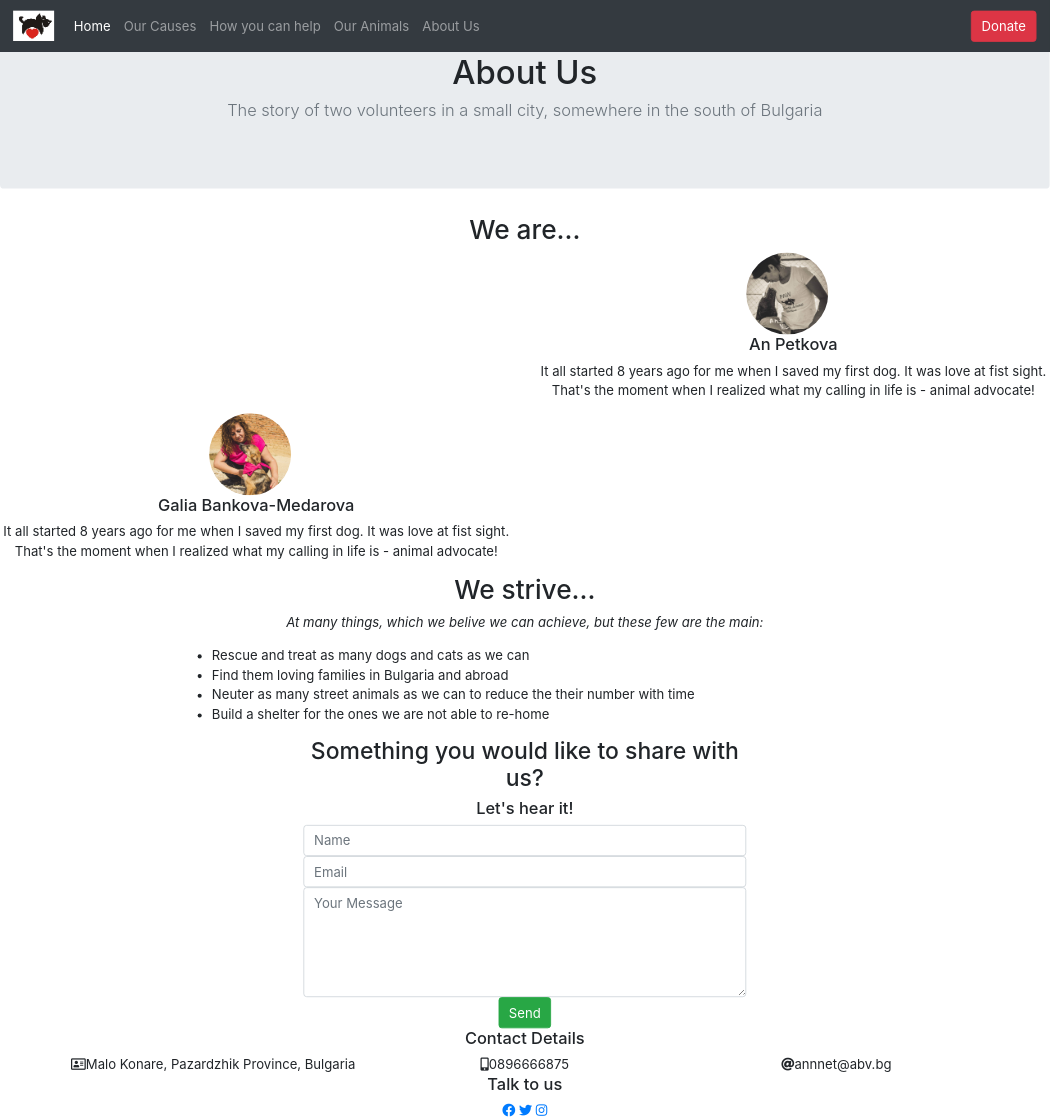
Repository: Naity17/PAW-first-website
Page: About-Us.html
The author's editor kept a record of every edit. The page is drawn from the files as they stood at one moment, then again after the next edit.
The browser window is 1280 px wide. The page is 1295 px wide, so the pictures cover 1295 px, including what lies to the right of the window. The pictures show the whole page, at 82% of full size.
Some web libraries are served in a nearby version.

Above is the page before.
Console error: TypeError: Cannot read properties of undefined (reading 'fn')

### About-Us.html
<!DOCTYPE html>
<html lang="en">

<head>
    <meta charset="UTF-8">
    <meta name="viewport" content="width=device-width, initial-scale=1.0">
    <meta http-equiv="X-UA-Compatible" content="ie=edge">
    <link rel="stylesheet" href="https://stackpath.bootstrapcdn.com/bootstrap/4.3.1/css/bootstrap.min.css" integrity="sha384-ggOyR0iXCbMQv3Xipma34MD+dH/1fQ784/j6cY/iJTQUOhcWr7x9JvoRxT2MZw1T" crossorigin="anonymous">
    <link rel="stylesheet" href="https://use.fontawesome.com/releases/v5.9.0/css/all.css" integrity="sha384-i1LQnF23gykqWXg6jxC2ZbCbUMxyw5gLZY6UiUS98LYV5unm8GWmfkIS6jqJfb4E" crossorigin="anonymous">
    <script src="https://stackpath.bootstrapcdn.com/bootstrap/4.3.1/js/bootstrap.min.js" integrity="sha384-JjSmVgyd0p3pXB1rRibZUAYoIIy6OrQ6VrjIEaFf/nJGzIxFDsf4x0xIM+B07jRM" crossorigin="anonymous"></script>
    <link rel="stylesheet" href="assets/css/style.css" type="text/css" />
    <title>PAW - Pazardjik Animal Welfare</title>
</head>

<body>
    <header>
        <!-- ---------------NavBar-------------- -->
        <nav class="navbar navbar-expand-md navbar-dark fixed-top bg-dark">
            <a class="navbar-brand" href="index.html">
                <img src="assets/images/general/logo.jpg">
            </a>
            <button class="navbar-toggler collapsed" type="button" data-toggle="collapse" data-target="#navbarCollapse" aria-controls="navbarCollapse" aria-expanded="false" aria-label="Toggle navigation">
              <span class="navbar-toggler-icon"></span>
            </button>
            <div class="navbar-collapse collapse" id="navbarCollapse" style="">
                <ul class="navbar-nav mr-auto">
                    <li class="nav-item active">
                        <a class="nav-link" href="#">Home</a>
                    </li>
                    <li class="nav-item">
                        <a class="nav-link" href="#">Our Causes</a>
                    </li>
                    <li class="nav-item">
                        <a class="nav-link" href="#">How you can help</a>
                    </li>
                    <li class="nav-item">
                        <a class="nav-link" href="#">Our Animals</a>
                    </li>
                    <li class="nav-item">
                        <a class="nav-link" href="#">About Us<span class="sr-only">(current)</span></a>
                    </li>
                </ul>
                <button class="btn btn-danger navbar-btn">Donate</button>
            </div>
        </nav>
        <!-- ---------------End of NavBar-------------- -->
    </header>
    <section id="about-us">
        <main role="main">
            <section class="jumbotron text-center">
                <div class="container">
                    <h1 class="jumbotron-heading">About Us</h1>
                    <p class="lead text-muted">The story of two volunteers in a small city, somewhere in the south of Bulgaria</p>
                </div>
            </section>
            <section class="text-center" id="about-us-details">
                <div class="row">
                    <div class="col-12">
                        <h2>We are...</h2>
                    </div>
                </div>
                <div class="row">
                    <div class="col"></div>
                    <div class="col-8 col-md-6">
                        <div class="media">
                            <div class="d-sm-block">
                                <img src="assets/images/general/an-petkova.jpg" class="rounded-circle mr-3" height=100 width=100>
                                <h5>An Petkova</h5>
                                <p>It all started 8 years ago for me when I saved my first dog. It was love at fist sight. That's the moment when I realized what my calling in life is - animal advocate!</p>
                            </div>
                        </div>
                    </div>
                    <div class="col-8 col-md-6">
                        <div class="media">
                            <div class="d-sm-block">
                                <img src="assets/images/general/galia-profile.jpg" class="rounded-circle mr-3" height=100 width=100>
                                <h5>Galia Bankova-Medarova</h5>
                                <p>It all started 8 years ago for me when I saved my first dog. It was love at fist sight. That's the moment when I realized what my calling in life is - animal advocate!</p>
                            </div>
                        </div>
                    </div>
                    <div class="col"></div>
                </div>
            </section>
            <section class="text-center" id="our-aims-details">
                <div class="row">
                    <div class="col"></div>
                    <div class="col-8">
                        <h2>We strive...</h2>
                        <p><em>At many things, which we belive we can achieve, but these few are the main:</em></p>
                        <ul class="text-left">
                            <li>Rescue and treat as many dogs and cats as we can</li>
                            <li>Find them loving families in Bulgaria and abroad</li>
                            <li>Neuter as many street animals as we can to reduce the their number with time</li>
                            <li>Build a shelter for the ones we are not able to re-home</li>
                        </ul>
                    </div>
                    <div class="col"></div>
                </div>
            </section>
            <section id="contact-form">
                <div class="container">
                    <div class="row bg-color-contact">
                        <div class="col-12 col-md-6" style="width:800px; margin:0 auto;">
                            <h3 class="contact-heading uppercase text-center">Something you would like to share with us?</h3>
                            <h5 class="uppercase text-center">Let's hear it!</h5>
                            <div class="center-form">
                                <form>
                                    <input type="text" name="name" id="fullname" class="form-control" placeholder="Name" required />
                                    <input type="text" name="email" id="emailaddress" class="form-control" placeholder="Email" required />
                                    <textarea rows="5" name="yourmessage" id="yourmessage" class="form-control" placeholder="Your Message" required></textarea>
                                    <div class="form-row text-center">
                                        <div class="col">
                                            <button type="submit" class="btn btn-success">Send</button>
                                        </div>
                                    </div>
                                </form>
                            </div>
                        </div>
                    </div>
            </section>
        </main>
    </section>

    <footer class="container text-center footer-details">
        <div class="row">
            <div class="col-12">
                <h5>Contact Details</h5>
            </div>
        </div>
        <div id="contact-details-items" class="row ">
            <div class="col-xs-12 col-4 address-item">
                <i class="far fa-address-card"></i>Malo Konare, Pazardzhik Province, Bulgaria
            </div>
            <div class="col-xs-12 col-4 phone-number-item">
                <i class="fas fa-mobile-alt"></i>0896666875
            </div>
            <div class="col-xs-12 col-4 email-item">
                <i class="fas fa-at"></i>annnet@abv.bg
            </div>
        </div>
        <div class="row" id="social-details">
            <div class="col-xs-12 col-sm-12 icons">
                <h5 class="uppercase general-sub">Talk to us</h5>
                <a href="https://www.facebook.com/PAW-Pazardjik-Animal-Welfare-134643483313391/" target="_blank"><i class="fab fa-facebook alignment"></i></a>
                <a href="https://twitter.com/ralito17?lang=en" target="_blank"><i class="fab fa-twitter alignment"></i></a>
                <a href="https://www.instagram.com/?hl=en" target="_blank"><i class="fab fa-instagram alignment"></i></a>
            </div>
        </div>
    </footer>
    <script src="https://code.jquery.com/jquery-3.3.1.slim.min.js" integrity="sha384-q8i/X+965DzO0rT7abK41JStQIAqVgRVzpbzo5smXKp4YfRvH+8abtTE1Pi6jizo" crossorigin="anonymous"></script>
    <script src="https://cdnjs.cloudflare.com/ajax/libs/popper.js/1.14.7/umd/popper.min.js" integrity="sha384-UO2eT0CpHqdSJQ6hJty5KVphtPhzWj9WO1clHTMGa3JDZwrnQq4sF86dIHNDz0W1" crossorigin="anonymous"></script>
    <script src="https://stackpath.bootstrapcdn.com/bootstrap/4.3.1/js/bootstrap.min.js" integrity="sha384-JjSmVgyd0p3pXB1rRibZUAYoIIy6OrQ6VrjIEaFf/nJGzIxFDsf4x0xIM+B07jRM" crossorigin="anonymous"></script>
</body>

</html>

Loaded but not shown: assets/css/style.css (no copy from this time; the picture is the same without it)

After the next edit:
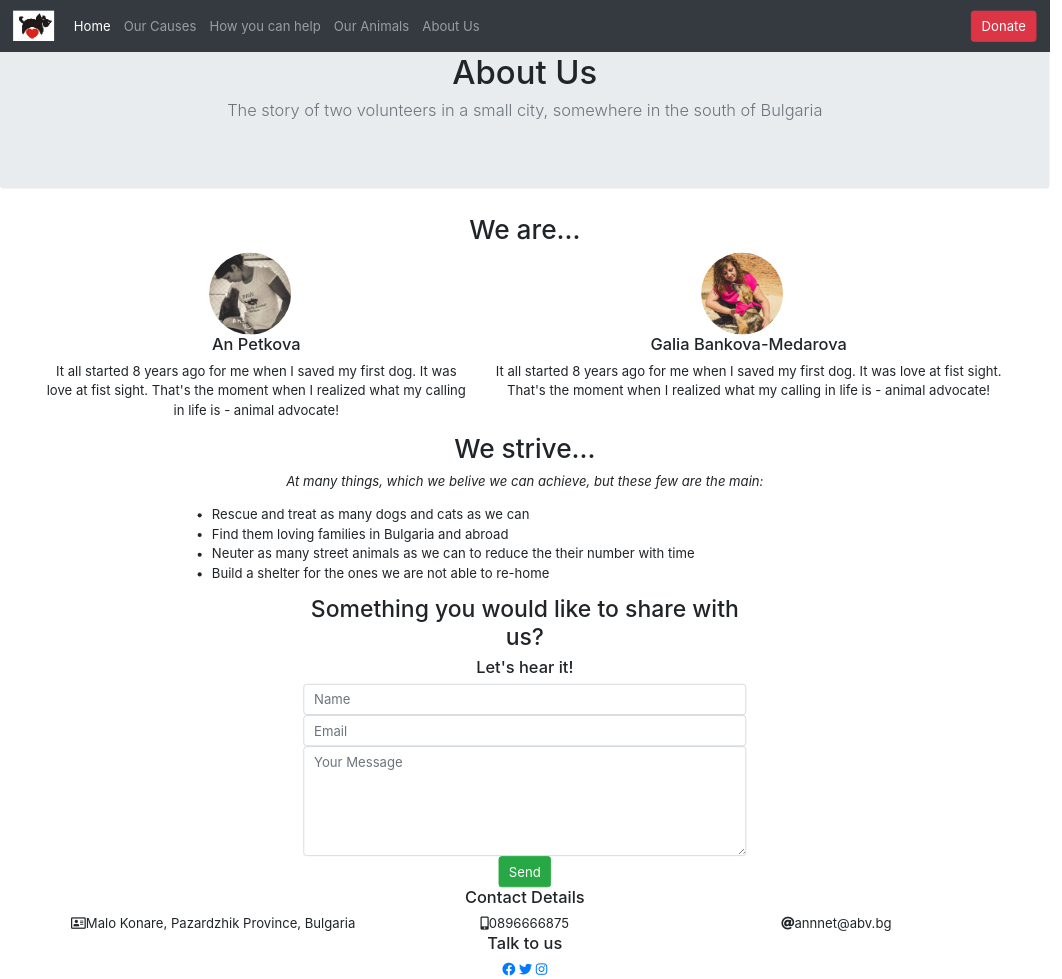
The edit:
--- a/About-Us.html
+++ b/About-Us.html
@@ -61,7 +61,7 @@
                 </div>
                 <div class="row">
                     <div class="col"></div>
-                    <div class="col-8 col-md-6">
+                    <div class="col-8 col-md-5">
                         <div class="media">
                             <div class="d-sm-block">
                                 <img src="assets/images/general/an-petkova.jpg" class="rounded-circle mr-3" height=100 width=100>
